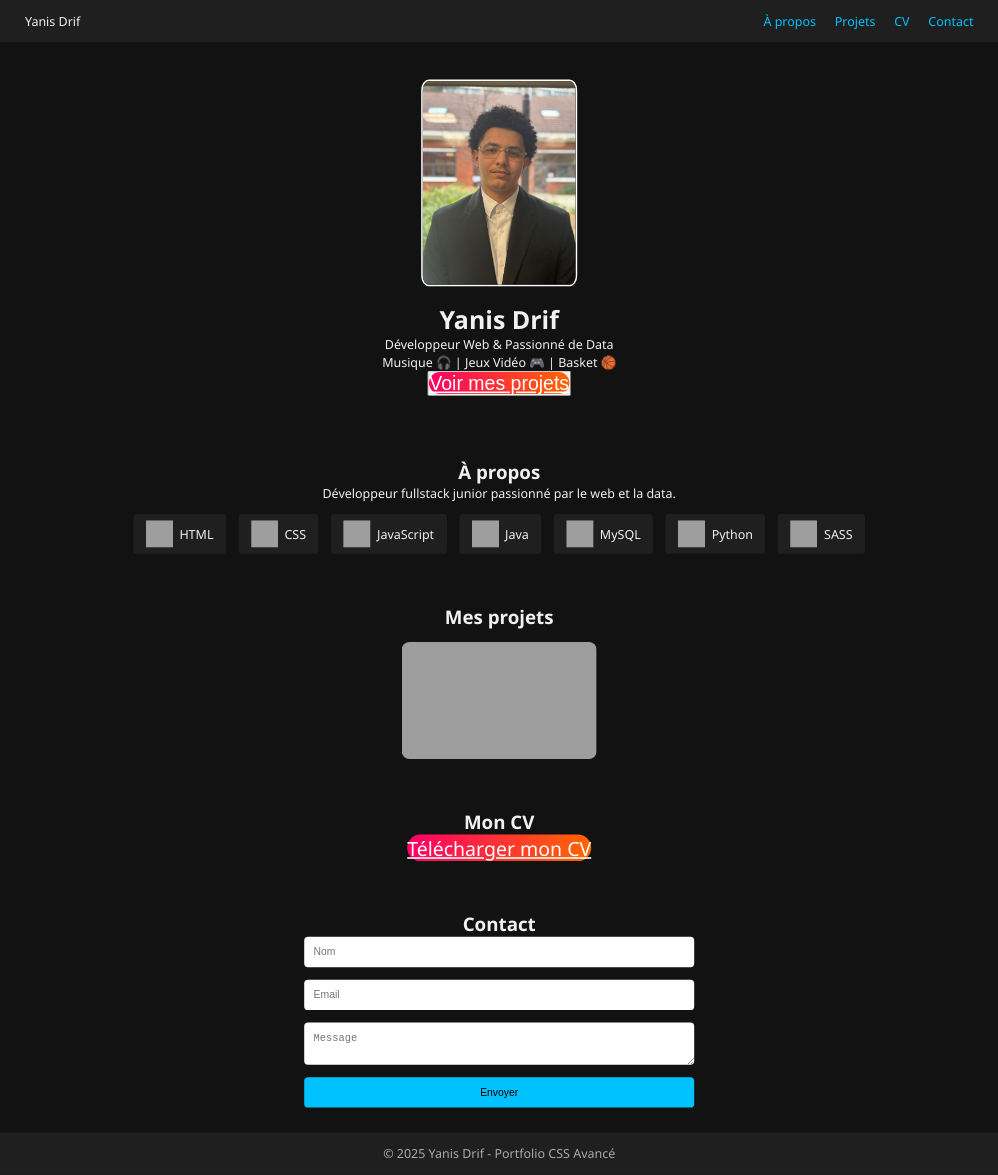
Repository: Yxniiss/ProjetCssAvance
Page: OneDrive/Bureau/Portfolio DrifYanis/home.html
These files come from the project's save history. The page is drawn as it stood at one moment and after the next save; the edit follows.
The browser window is 1280 px wide. The pictures show the whole page, at 78% of full size.
Pictures or frames that could not be fetched are drawn as grey boxes.

Above is the page before, as saved 2025-04-10 10:18:18.
Console error: TypeError: Cannot set properties of null (setting 'textContent')

After the next save:
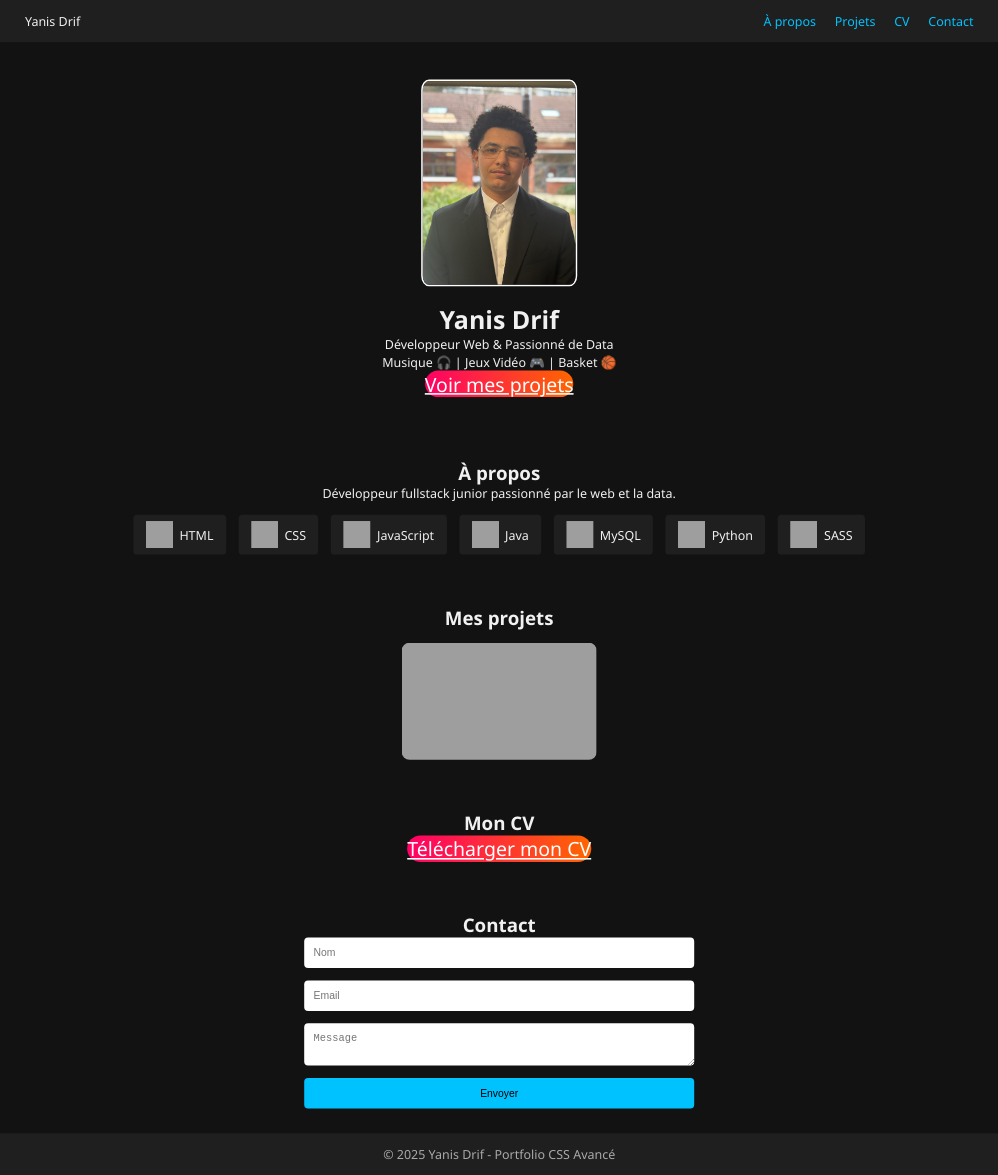
Saved 80 s later.
--- a/OneDrive/Bureau/Portfolio DrifYanis/home.html
+++ b/OneDrive/Bureau/Portfolio DrifYanis/home.html
@@ -24,7 +24,7 @@
       <h1 class="hero__name">Yanis Drif</h1>
       <p class="hero__tagline">Développeur <span>Web</span> & Passionné de Data</p>
       <p class="hero__desc">Musique 🎧 | Jeux Vidéo 🎮 | Basket 🏀</p>
-      <button><a href="#projets" class="btn">Voir mes projets</button></a>
+      <a href="#projets" class="btn">Voir mes projets</a>
     </div>
   </header>
 
